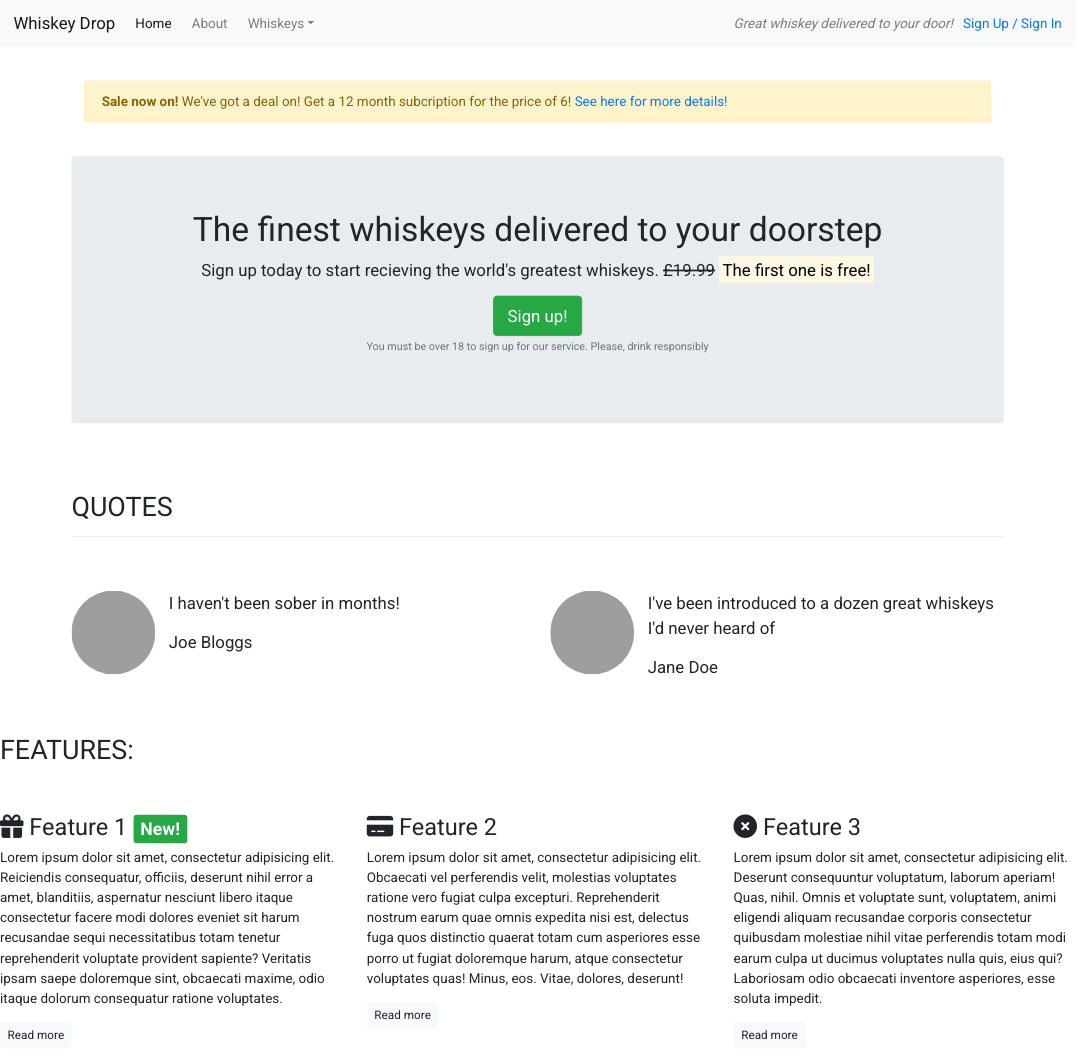
Repository: Matt-F90/Intro-to-bootstrap
Page: index.html
The author's editor kept a record of every edit. The page is drawn from the files as they stood at one moment, then again after the next edit.
The browser window is 1280 px wide. The page is 1295 px wide, then 1280 px, so the pictures cover 1295 px, including what lies to the right of the window. The pictures show the whole page, at 84% of full size.
Pictures or frames that could not be fetched are drawn as grey boxes. Some web libraries are served in a nearby version.

Above is the page before.
Console error: TypeError: Cannot read properties of undefined (reading 'fn')

After the next edit:
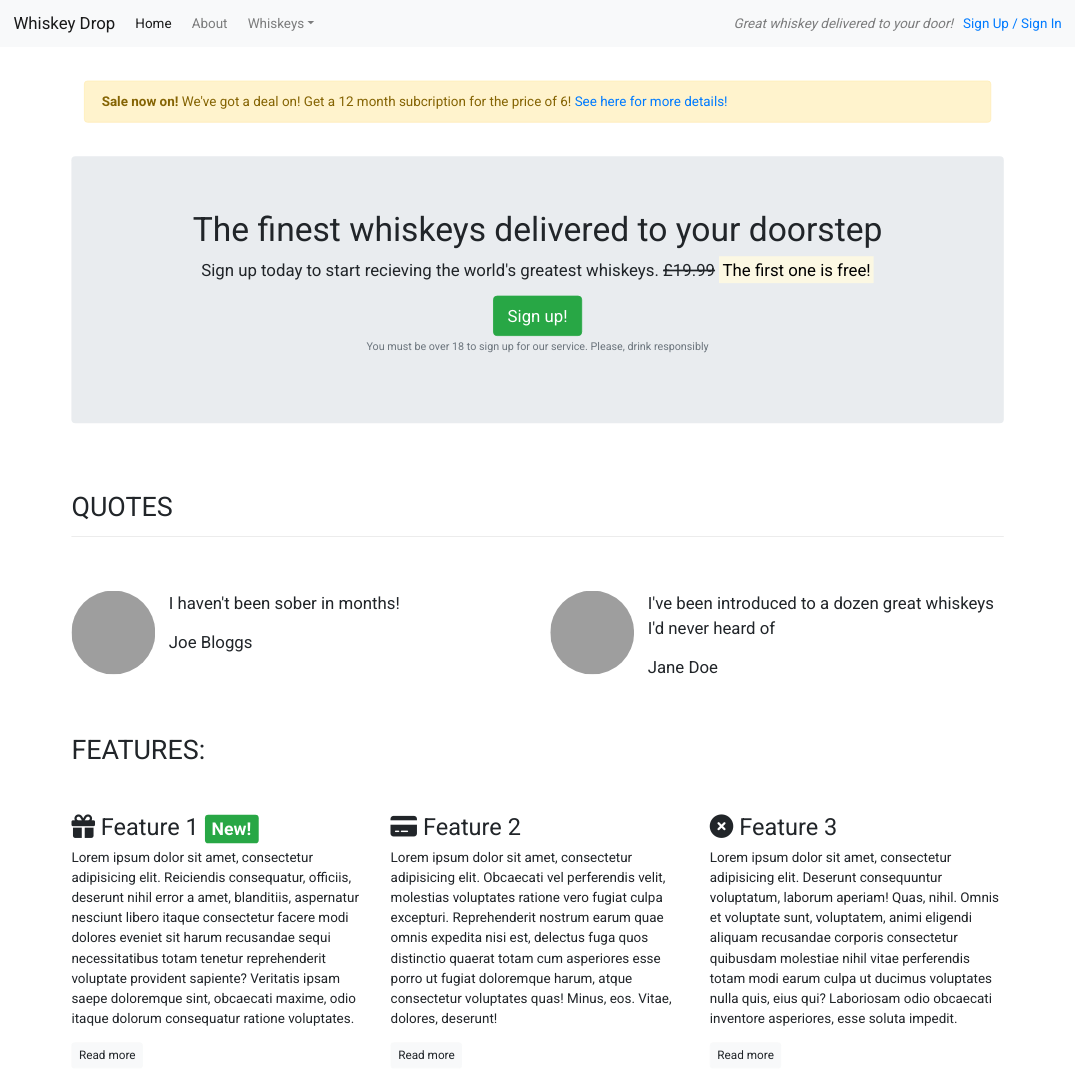
The edit:
--- a/index.html
+++ b/index.html
@@ -104,6 +104,7 @@
         </section>
         </div>
 
+<div class="container features-container">
         <section class="features">
             <div class="row">
                 <div class="col-12 my-5">
